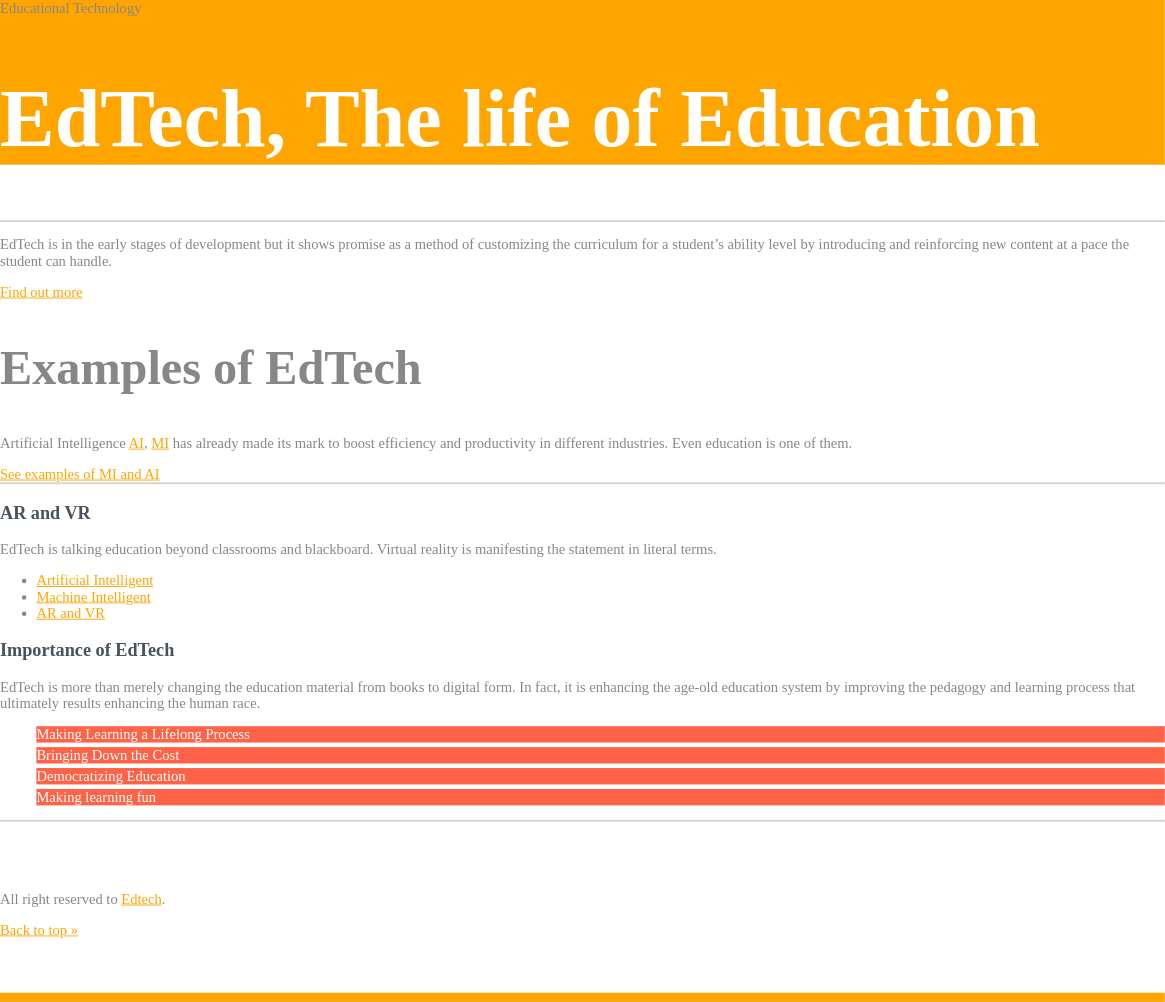
Repository: tunmishyi/edtech
Page: index.html
These files come from the project's save history. The page is drawn as it stood at one moment and after the next save; the edit follows.
The browser window is 1280 px wide. The pictures show the whole page, at 91% of full size.

Above is the page before, as saved 2020-06-06 21:23:54.

After the next save:
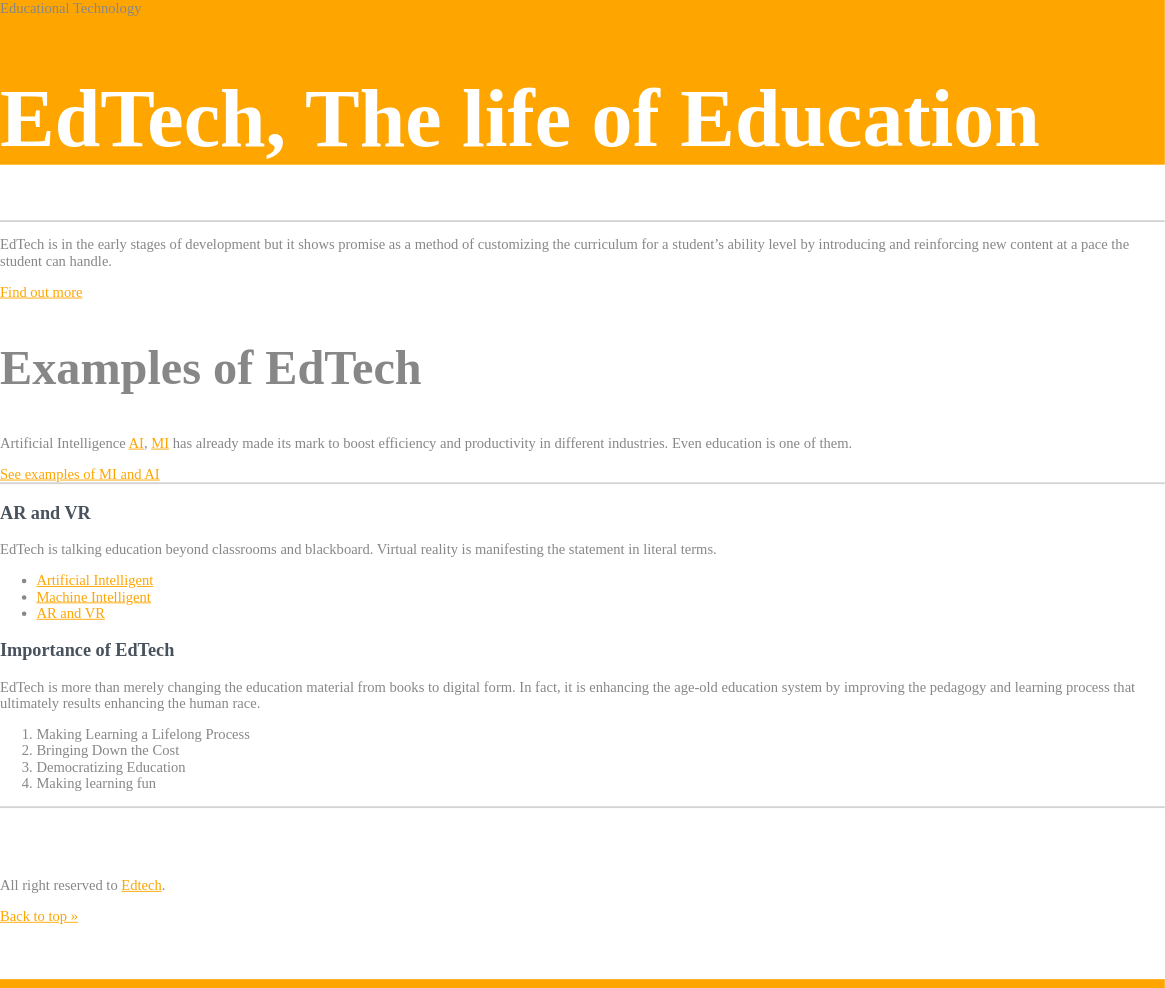
Saved 67 s later.
--- a/style.css
+++ b/style.css
@@ -39,11 +39,6 @@ h1 {
         font-size: 26px;
     }
 
-    ol li {
-        background-color: tomato;
-        color: white;
-        margin-bottom: 5px;
-    }
     .primary-content {
         text-align: center;
     }
